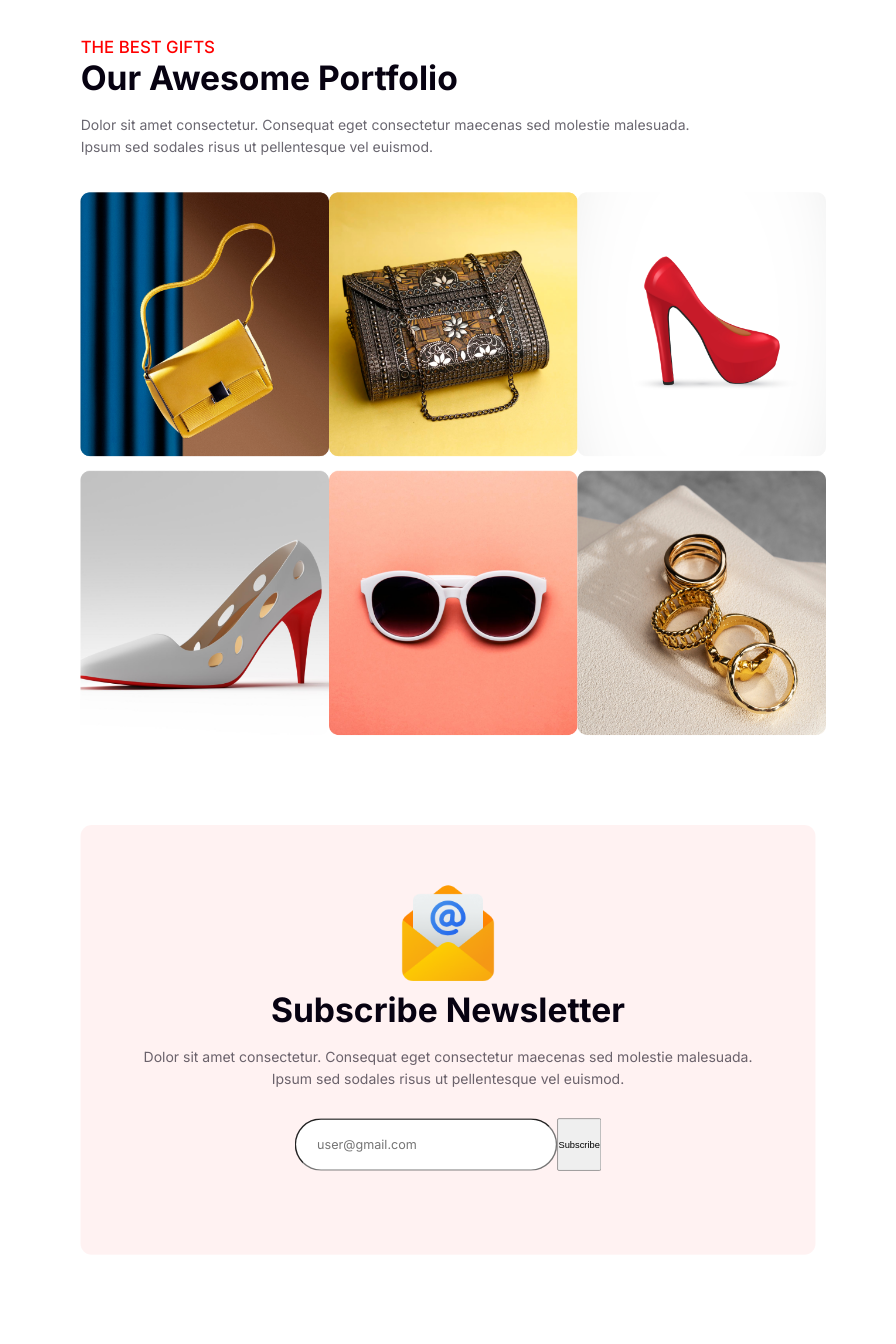
Repository: rahmatahmedrifat/First-Assignment
Page: index.html
The author's editor kept a copy of each file at every save. The page is drawn from the files as they stood at one save, then again after the next save.
The browser window is 1280 px wide. The pictures show the part of the page from y = 3362 to 5282 px (the page is 5282 px tall before and 5279 px after), at 70% of full size.

Above is the page before, as saved 2024-01-08 20:48:10.

### index.html
<!DOCTYPE html>
<html lang="en">
<head>
    <meta charset="UTF-8">
    <meta name="viewport" content="width=device-width, initial-scale=1.0">
    <!-- Title  -->
    <title>New Year 2024</title>
    <!-- favicon icon linked -->
    <link rel="shortcut icon" href="images/New Year Photo.png" type="image/x-icon">
    <!-- style css linked-->
    <link rel="stylesheet" href="Style/style.css">
</head>
<body>
    <!-- header part  -->
    <header>
        <!-- banner section part -->
        <section id="banner">
            <div class="container">
                <div class="banner-container">
                    <div class="banner-content">
                        <h3 class="celebration">Happy New Year</h3>
                        <h2 class="banner-title">New Year Party Celebration</h2>
                    </div>
                </div>
            </div>
        </section>
    </header>
    <!-- main part -->
    <main>
        <!-- categories section part  -->
            <section id="categories">
                <div class="container">
                    <div class="categories-container">
                        <h2 class="categories-discount">65% OFF</h2>
                        <p class="primary-summery">OUR HOLIDAY DEALS ARE BETTER</p>
                        <h3 class="categories-title">ALL CATEGORIES</h3>
                        <div class="categories-img">
                            <img id="new-year-img" src="images/New Year Photo.png" alt="Happy New Year">
                        </div>
                    </div>
                </div>
            </section>

            <!-- party-banner section part -->
            <section id="party-banner">
                <div class="container">
                    <div class="party-container">
                        <div class="party-content">
                            <h2 class="party-title">Welcome to midnight party</h2>
                            <p class="party-description">Dolor sit amet consectetur. Consequat eget consectetur maecenas sed molestie malesuada. Ipsum sed sodales risus ut pellentesque vel euismod. </p>
                            <button id="join-now-btn">JOIN NOW</button>
                        </div>
                        <img class="party-img" src="images/icon/Group 70.png" alt="party-img">
                    </div>
                </div>
            </section>
            <!-- Announce section part -->
            <section id="announce">
                <div class="container">
                    <div class="announce-content">
                        <h4 class="announce-title"><span class="title-color">Place:</span> New Park Hotel</h4>
                        <h4 class="announce-title"><span class="title-color">Date:</span> 31 December Night 2023</h4>
                        <h4 class="announce-title"><span class="title-color">Time:</span> Evening 7.30 pm to 12.30 am</h4>
                        <button class="announce-btn">Join Now</button>
                    </div>
                </div>
            </section>
            <!-- best offer section part -->
            <section id="best-offer">
                <div class="container">
                    <div class="best-offer-container">
                        <div class="best-offer-content">
                            <p class="primary-summery">NEW BEST OFFER</p>
                            <h3 class="similer-title">Coming Soon</h3>
                            <p class="similer-description">Dolor sit amet consectetur. Consequat eget consectetur maecenas sed molestie malesuada. Ipsum sed sodales risus ut pellentesque vel euismod. </p>
                        </div>
                        <div class="best-offer-img-content">

                                <img class="best-offer-img" src="images/Ellipse 1.png" alt="best-offer-images">

                        </div>
                        <div class="best-offer-year-content">
                            <h3 class="best-offer-year">2024</h3>
                            <p class="best-offer-description">Dolor sit amet consectetur. Consequat eget consectetur maecenas sed.</p>
                            <img class="best-offer-year-img" src="images/icon/Group 96.png" alt="best-offer-year-img">
                        </div>
                    </div>
                </div>
            </section>
            <!-- Portfolio section part -->

            <section id="portfolio">
                <div class="container">
                    <div class="portfolio-container">
                        <div class="portfolio-box">
                            <p class="primary-summery">THE BEST GIFTS</p>
                            <h3 class="similer-title">Our Awesome Portfolio</h3>
                            <p class="similer-description description-padd">Dolor sit amet consectetur. Consequat eget consectetur maecenas sed molestie malesuada. Ipsum sed sodales risus ut pellentesque vel euismod. </p>
                        </div>
                            <div class="portfolio-content">
                                <img class="portfolio-img" src="images/Portfolio images/Rectangle 3.png" alt="">
                                <img class="portfolio-img" src="images/Portfolio images/Rectangle 4.png" alt="">
                                <img class="portfolio-img" src="images/Portfolio images/Rectangle 5.png" alt="">
                            </div>
                            <div class="portfolio-content">
                                <img class="portfolio-img" src="images/Portfolio images/Rectangle 6.png" alt="">
                                <img class="portfolio-img" src="images/Portfolio images/Rectangle 7.png" alt="">
                                <img class="portfolio-img" src="images/Portfolio images/Rectangle 8.png" alt="">
                            </div>
                        </div>
                    </div>
            </section>
            <!-- newsletter section part -->
            <section id="newsletter">
                <div class="container">
                    <div class="news-container">
                        <div class="news-content">
                            <img src="images/icon/Group 61.png" alt="">
                            <h3 class="similer-title">Subscribe Newsletter</h3>
                            <p class="similer-description">Dolor sit amet consectetur. Consequat eget consectetur maecenas sed molestie malesuada. Ipsum sed sodales risus ut pellentesque vel euismod. </p>
                            <form class="form" action="">
                                <input type="email" placeholder="user@gmail.com" alt="" id="">
                                <button class="subscribe-btn">Subscribe</button>
                            </form>
                        </div>

                    </div>
                </div>
            </section>
    </main>
    <!--  footer part -->
    <footer></footer>
</body>
</html>

### Style/style.css
/* import google fonts */
@import url('https://fonts.googleapis.com/css2?family=Inter:wght@100;200;300;400;500;600;700;800;900&family=Merriweather:ital,wght@0,300;0,400;0,700;0,900;1,300;1,400;1,700;1,900&display=swap');

*{
    margin: 0;
    padding: 0;
    outline: 0;
}

.container{
    width: 82%;
    margin: 0 auto;
}
/* primary content */
.primary-summery{
    font-family: Inter;
    font-size: 24px;
    font-style: normal;
    font-weight: 500;
    color: #F00;
    line-height: normal;
}
/* banner section related css style */
#banner{
    margin-top: 30px;
}
.banner-container{
    background-image: linear-gradient(180deg, #070211 0%, rgba(7, 2, 17, 0.00) 100%), url(../images/Banner\ Image.png);
    background-size: cover;
    background-repeat: no-repeat;
    background-position: center;
    border-radius: 16px;
    padding: 177px 0px;
}
.banner-container .banner-content{
    width: 632px;
    margin: 0 auto;
}
.banner-container .banner-content .celebration{
    color: #FFF;
    text-align: center;
    font-family: Merriweather;
    font-size: 32px;
    font-style: normal;
    font-weight: 400;
    line-height: normal;
    margin-bottom: 16px;
    z-index: 99;
}
.banner-container .banner-content .banner-title{
    color: #FFF;
    text-align: center;
    font-family: Merriweather;
    font-size: 72px;
    font-style: normal;
    font-weight: 900;
    line-height: 95px;
}
/* categories section related css style */

#categories{
    margin: 120px 0px;
}
.categories-container{
    text-align: center;
}
.categories-container .categories-discount{
    font-family: Inter;
    font-size: 88px;
    font-style: normal;
    font-weight: 700;
    color: #F00;
    line-height: normal;
    margin-bottom: 48px;
}

.categories-title{
    font-family: Inter;
    font-size: 48px;
    font-style: normal;
    font-weight: 700;
    color: #070211;
    line-height: normal;
    margin-bottom: 48px;
}
.categories-container .categories-img{
    width: 800px;
    margin: 0 auto;
}
.categories-img #new-year-img{
    max-width: 100%;
}

/* party-banner section css style  */
#party-banner{

}
.party-container{
    background-image: linear-gradient(90deg, #070211 0%, rgba(7, 2, 17, 0.00) 100%), url(../images/Vectorrr.png);
    background-position: center;
    background-repeat: no-repeat;
    background-size: cover;
    display: flex;
    align-items: center;
    justify-content: space-between;
    border-radius: 16px;
    padding: 70px 70px;
}
.party-container .party-content{
    width: 900px;
}
.party-content .party-title{
    font-family: Merriweather;
    font-size: 64px;
    font-style: normal;
    font-weight: 900;
    color: #FFF;
    line-height: 88px;
    letter-spacing: 3px;
}
.party-content .party-description{
    font-family: Inter;
    font-size: 18px;
    font-style: normal;
    font-weight: 400;
    color: rgba(255, 255, 255, 0.80);
    line-height: 30px;
    margin-top: 20px;
}
#join-now-btn{
    font-family: Inter;
    font-size: 20px;
    font-style: normal;
    font-weight: 700;
    color: #FFF;
    background: transparent;
    line-height: normal;
    text-transform: uppercase;
    border: none;
    cursor: pointer;
    margin-top: 48px;
    margin-left: 32px;
}
.party-container .party-img{
    width: 270px;
    max-width: 100%;
}

/* Announce section css style */

#announce{
    margin: 120px 0px;
}
.announce-content{
    background: linear-gradient(180deg, rgba(255, 0, 0, 0.10) 0%, rgba(255, 0, 0, 0.00) 100%);
    padding: 100px 0;
    text-align: center;
}
.announce-content .announce-title{
    color: #070211;
    font-family: Inter;
    font-size: 32px;
    font-style: normal;
    font-weight: 600;
    line-height: 56px;
    text-transform: capitalize;
}
.announce-content .announce-title .title-color{
    color: #F00;
}
.announce-btn{
    font-family: Inter;
    font-size: 20px;
    font-style: normal;
    font-weight: 700;
    line-height: normal;
    color: #FFF;
    text-align: center;
    text-transform: uppercase;
    border-radius: 8px;
    background: #F00;
    padding: 16px 32px;
    border: none;
    cursor: pointer;
    transition: all ease 0.5s;
    margin-top: 48px;
}
.announce-btn:hover{
    background: #fff;
    color: #f00;
    outline: 1px solid #F00;
}
/* best-offer section style css */
#best-offer{
    margin-bottom: 128px;
}
.similer-title{
    font-family: Inter;
    font-size: 48px;
    font-style: normal;
    font-weight: 700;
    color: #070211;
    line-height: normal;
}
.similer-description{
    font-family: Inter;
    font-size: 20px;
    font-style: normal;
    font-weight: 400;
    color: rgba(7, 2, 17, 0.60);
    line-height: 32px;
    margin-top: 22px;
}
.best-offer-container{
    display: flex;
    align-items: center;
    gap: 20px;
}
.best-offer-content{
    width: 700px;
}
.best-offer-img-content{
    min-height: 350px;
    min-width: 350px;
    border: 15px solid #f00;
    border-radius: 50%;
    position: relative;
    position: relative;
}
.best-offer-img-content .best-offer-img{
    position: absolute;
    width: 270px;
    inset: 41px;
}
.best-offer-year-content .best-offer-year{
    font-family: Inter;
    font-size: 48px;
    font-style: normal;
    font-weight: 700;
    color: #F00;
    line-height: normal;
    margin-top: 65px;
}
.best-offer-year-content .best-offer-description{
    margin-top: 10px !important;

}
.best-offer-year-content{
    width: 500px;
}
.best-offer-year-content .best-offer-year-img{
    max-width: 140px;
    margin-top: 38px;
}


/*  portfolio section css style */
.portfolio-container{

}
.portfolio-container .description-padd{
    margin-bottom: 48px ;
}
.portfolio-container .portfolio-content{
    display: flex;
    align-items: center;
    justify-content: space-between;
    margin-top: 20px;
}
.portfolio-box{
    width: 896px;
}
.portfolio-container .portfolio-content .portfolio-img{
    max-width: 355px;
    transition: all ease 0.5s;
}
.portfolio-content .portfolio-img:hover{
    filter: grayscale(1);
    transform: scale(1.05);
}
/* newsletter section css style  */
#newsletter{
    margin: 128px 0px;
}
.news-container{
    border-radius: 16px;
    background: rgba(255, 0, 0, 0.05);
    padding: 80px 0px;
}
.news-content{
    width: 896px;
    margin: 0 auto;
    text-align: center;
}
.news-content img{
    width: 150px;
    height: 150px;
}
.form{
    width: 438px;
    display: flex;
    margin: 40px auto;
}
.form input{
    flex-grow: 1;
    color: rgba(7, 2, 17, 0.30);
    font-family: Inter;
    font-size: 18px;
    font-style: normal;
    font-weight: 400;
    line-height: normal;
    padding-top: 25px;
    padding-bottom: 25px;
    padding-left: 30px;
    border-radius: 50px;
}

After the next save:
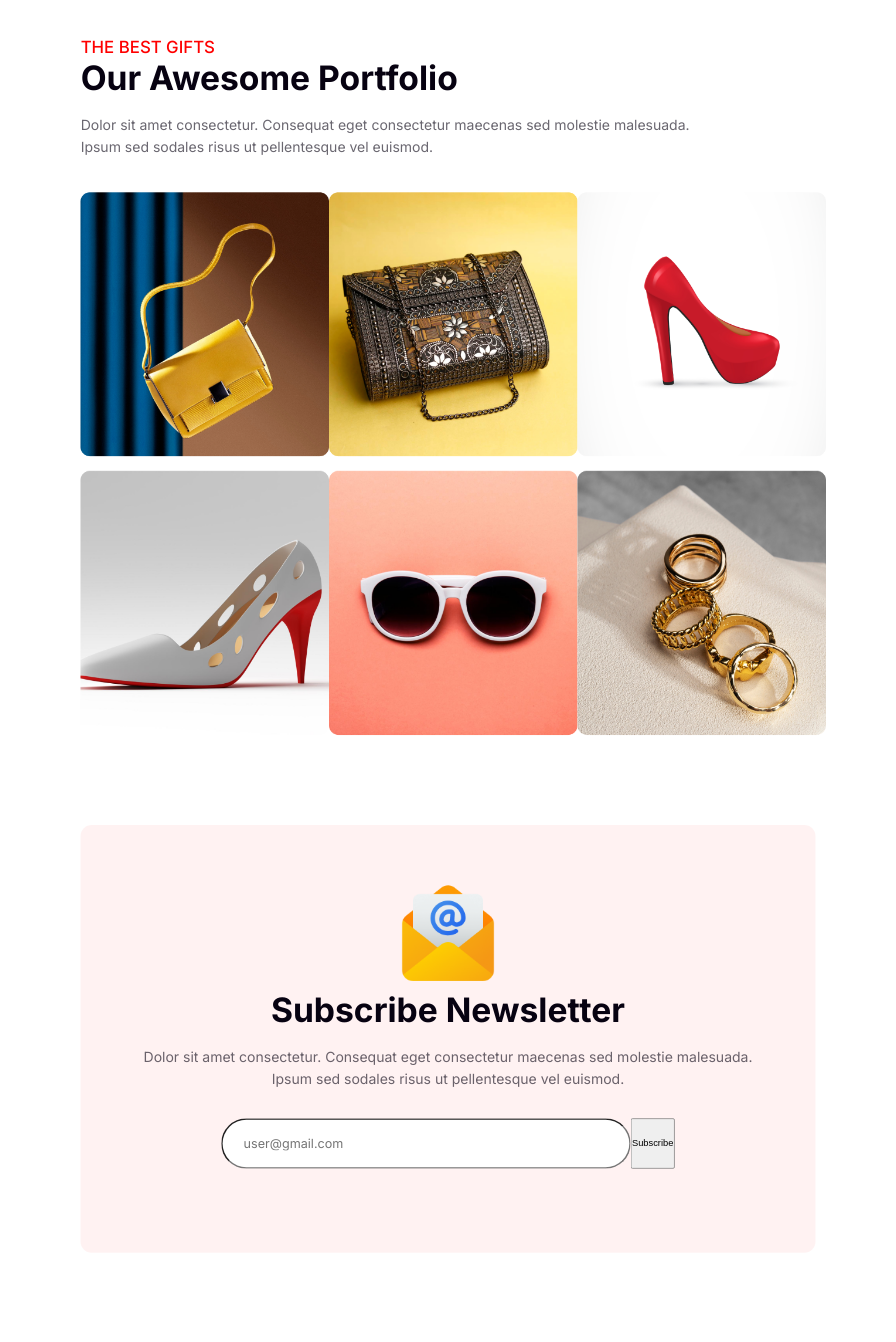
Saved 62 s later.
--- a/Style/style.css
+++ b/Style/style.css
@@ -297,7 +297,8 @@
     height: 150px;
 }
 .form{
-    width: 438px;
+    width: 648px;
+    height: 72px;
     display: flex;
     margin: 40px auto;
 }
